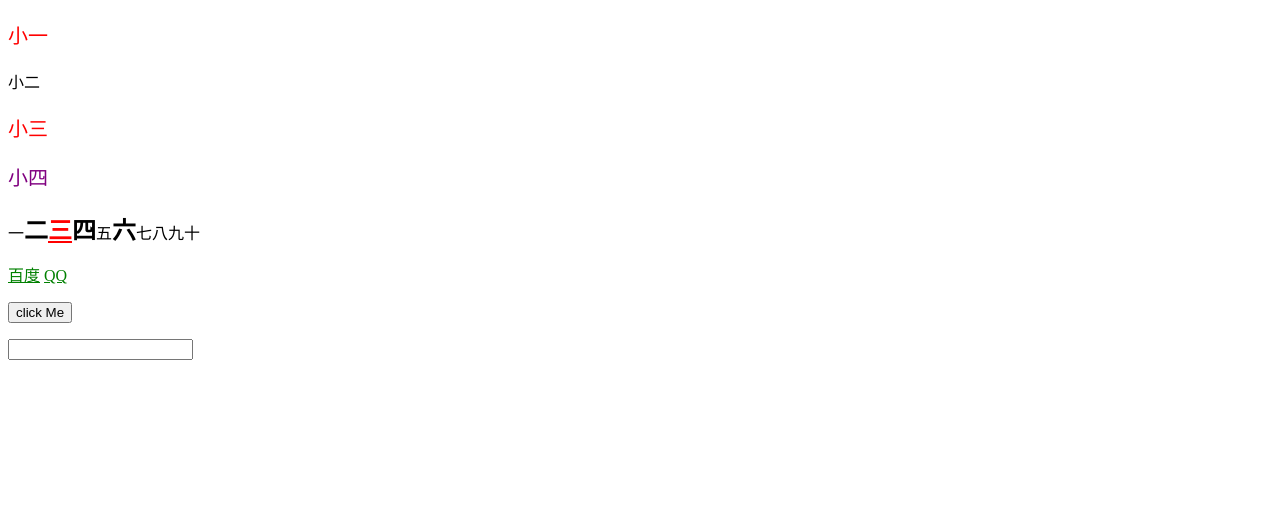
Repository: LYC-Android/JavaWebProject
Page: WebBasic/src/main/webapp/day02/demo4.html
An editor plug-in stored every save of this project. The page is shown before and after the next save, followed by the edit.
The browser window is 1280 px wide. The pictures show the whole page.

Above is the page before, as saved 2017-09-20 07:34:12.

After the next save:
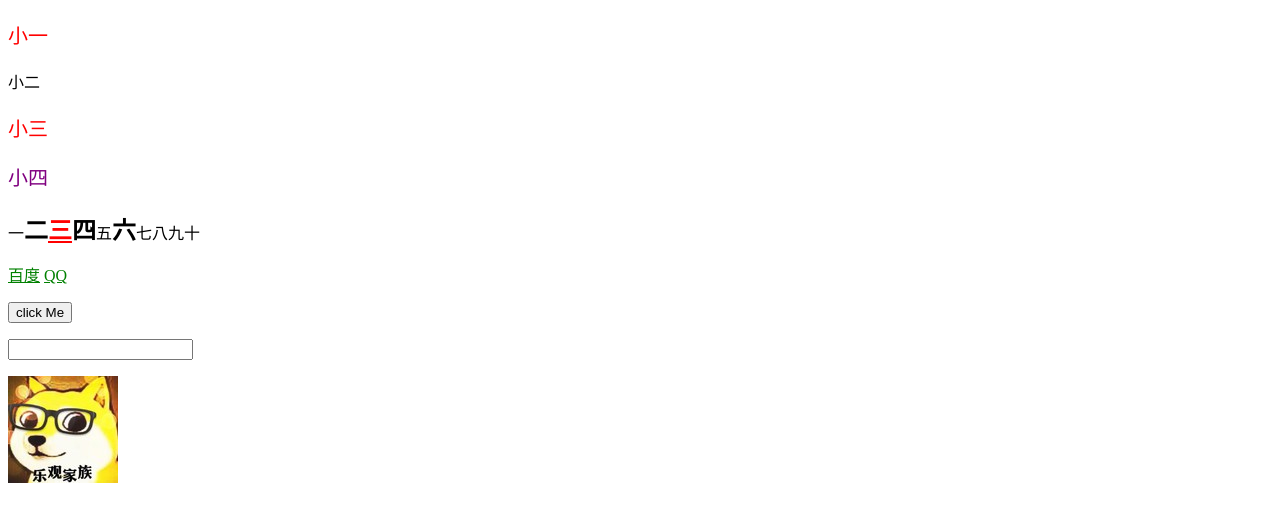
Saved 2 min 40 s later.
--- a/WebBasic/src/main/webapp/day02/demo4.html
+++ b/WebBasic/src/main/webapp/day02/demo4.html
@@ -64,6 +64,8 @@ a:visited {
 <input type="text" id="i2" />
 </p>
 
-
+<p>
+<img alt="" src="../images/dog.jpg" id="i3">
+</p>
 </body>
 </html>
